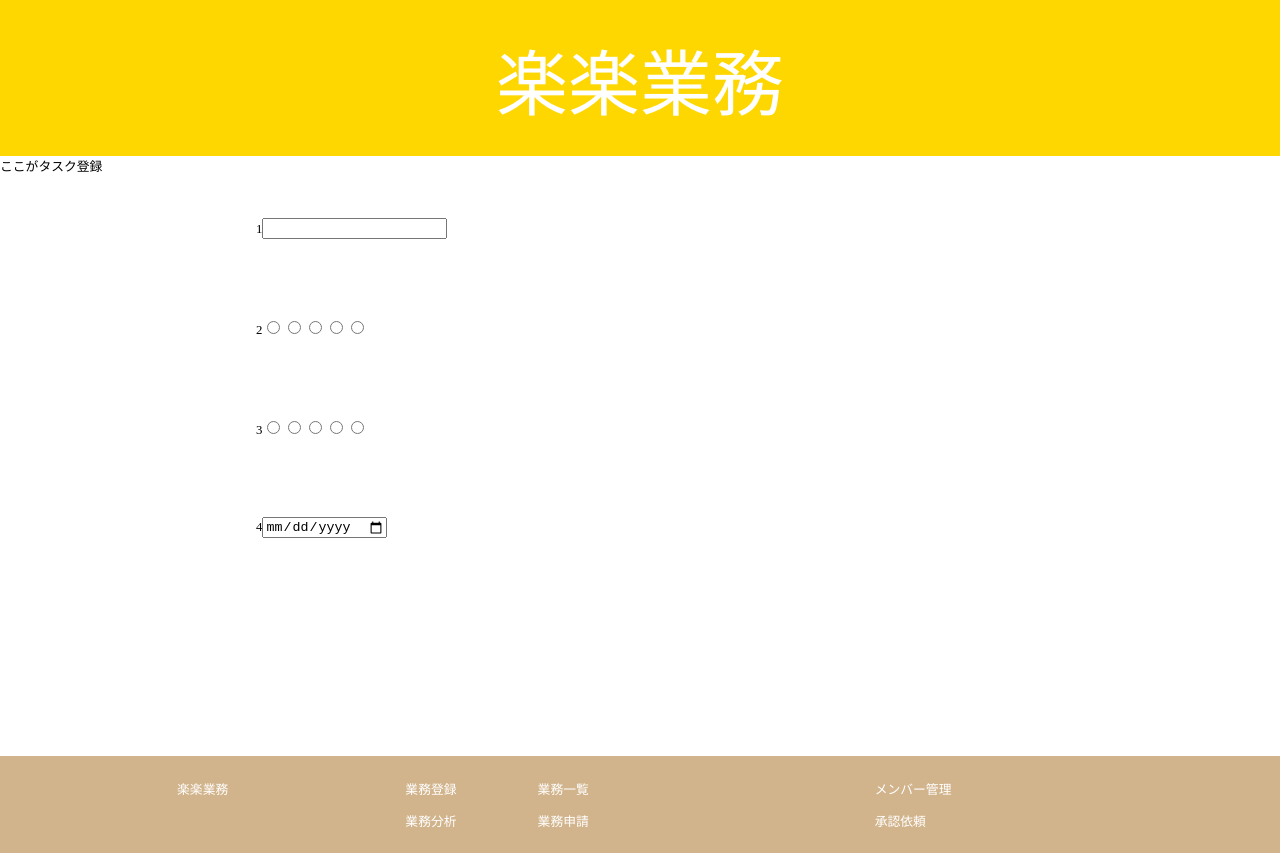
Repository: Reiya-1003/VueReplaceTask
Page: /#/register
An editor plug-in stored every save of this project. The page is shown before and after the next save, followed by the edit.
The browser window is 1280 px wide. The pictures show the whole page.
The project was rebuilt for these pictures with package versions that can differ from the ones it lists, and the page was loaded fresh each time. Also part of the build but not shown: vue.config.js, src/components/pages/PageHome.vue.

Above is the page before, as saved 2022-06-16 15:28:35.

### public/index.html
<!DOCTYPE html>
<html lang="">
  <head>
    <meta charset="utf-8">
    <meta http-equiv="X-UA-Compatible" content="IE=edge">
    <meta name="viewport" content="width=device-width,initial-scale=1.0">
    <link rel="icon" href="<%= BASE_URL %>favicon.ico">
    <link rel="stylesheet" href="style.css">
    <title><%= htmlWebpackPlugin.options.title %></title>
  </head>
  <body>
    <noscript>
      <strong>We're sorry but <%= htmlWebpackPlugin.options.title %> doesn't work properly without JavaScript enabled. Please enable it to continue.</strong>
    </noscript>
    <div id="app"></div>
    <!-- built files will be auto injected -->
  </body>
</html>

### src/main.js
import Vue from 'vue'
import App from './App.vue'
import router from './roter'

Vue.config.productionTip = false


new Vue({
  router,
  render: h => h(App),
}).$mount('#app')

### src/App.vue
<template>
  <div>
      <PageHeader />

        <!-- <PageHome /> -->
        <router-view />

      <PageFooter />
  </div>
</template>

<script>
import PageHeader from "./components/modules/PageHeader";
import PageFooter from "./components/modules/PageFooter";


export default {
  name: 'App',
  components: {
    PageHeader,
    PageFooter,


  },

}
</script>

<style>

</style>

### src/roter.js
import Vue from 'vue'
import VueRouter from 'vue-router'
import Home from '@/components/pages/PageHome.vue'
import Register from '@/components/pages/PageRegister.vue'




Vue.use(VueRouter)

export default new VueRouter({
  // デフォルトの挙動では URL に `#` が含まれる.
  // URL から hash を取り除くには `mode:history` を指定する
  // mode: 'history',
  base: __dirname,

  routes: [
    {
      path: '/',
      name: 'home',
      component: Home
    },
    {
      path: '/register',
      name: 'register',
      component: Register
    },



  ]

})

### src/components/modules/PageHeader.vue
<template>
  <header id="headerblock">

    <h1 id="title" ><router-link to="/" >楽楽業務</router-link></h1>


  </header>
</template>

<script>
export default {
  name: 'PageHeader',

}
</script>


<style lang="scss" type="text/css">
  #headerblock{
    height: 10%;
    width: 100%;
    background-color: #ffd700;
    h1{
      margin: 0;
      text-align: center;
      padding: 2%;
      color: white;
      font-size: 10vh;
      font-weight: normal;
      a{
      cursor: pointer;
      color: inherit;
      text-decoration: none;
    }
    }


  }
</style>

### src/components/modules/PageFooter.vue
<template>
  <div id="footblock">

    <div class="flexitem1">
      <p><router-link to="/" >楽楽業務</router-link></p>
    </div>
    <div class="flexitem2">
      <div>
        <!-- roter-linkになると思う -->
        <p><router-link to="/register">業務登録</router-link></p>
        <p>業務分析</p>
      </div>
      <div class="item">
        <p>業務一覧</p>
        <p>業務申請</p>
      </div>
    </div>
    <div class="flexitem3">
      <p>メンバー管理</p>
      <p>承認依頼</p>
    </div>


  </div>
</template>

<script>
export default {
  name: 'PageFooter',

}
</script>


<style lang="scss" type="text/css">
  #footblock{
    background-color: #d2b48c;
    color: white;
    display: flex;
    justify-content: space-around;

    .flexitem1{
      width: 100%;
      text-align: center;
      padding-top: 10px;
      padding-bottom: 10px;
      a{
      cursor: pointer;
      color: inherit;
      text-decoration: none;
      }
    }
    .flexitem2{
      width: 100%;
      display: flex;
      padding-top: 10px;
      padding-bottom: 10px;
      justify-content: flex-start;
      a{
      cursor: pointer;
      color: inherit;
      text-decoration: none;
      }
      .item{
        padding-left: 20%;
      }
    }
    .flexitem3{
      padding-top: 10px;
      padding-bottom: 10px;
      padding-left: 5%;
      width: 100%;
      a{
      cursor: pointer;
      color: inherit;
      text-decoration: none;
      }
    }
  }
</style>

### src/components/pages/PageRegister.vue
<template>
  <div style="height: 600px">
    <div>ここがタスク登録</div>

    <div class="listbox">
      <div class="listitem"><span>1</span><input type="text"></div>
      <div class="listitem"><span>2</span><input type="radio"><input type="radio"><input type="radio"><input type="radio"><input type="radio"></div>
      <div class="listitem"><span>3</span><input type="radio"><input type="radio"><input type="radio"><input type="radio"><input type="radio"></div>
      <div class="lisitem"><span>4</span><input type="date"></div>
    </div>

  </div>
</template>

<script>
export default {
  name: "PageRegister",
};
</script>

<style lang="scss" type="text/css">
.listbox {
  margin: 3px auto;
  height: 400px;
  width: 60%;
  display: flex;
  flex-direction: column;
  justify-content: space-around;




}
</style>

### public/style.css
body{
  margin: 0;
  font-size: 1vmax;
}

After the next save:
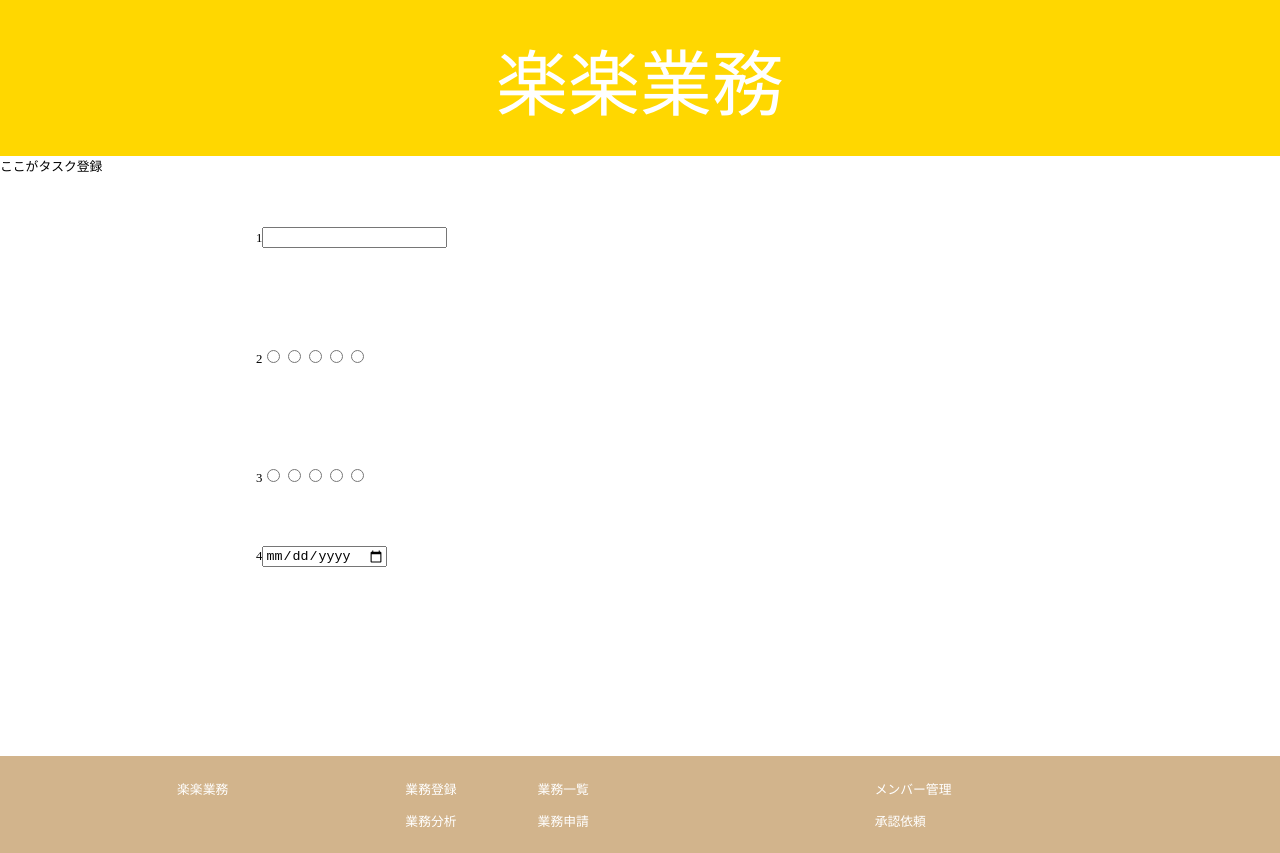
Saved 55 s later.
--- a/src/components/pages/PageRegister.vue
+++ b/src/components/pages/PageRegister.vue
@@ -26,6 +26,10 @@ export default {
   display: flex;
   flex-direction: column;
   justify-content: space-around;
+  .listitem{
+    padding-top: 5%;
+    padding-bottom: 5%;
+  }
 
 
 
